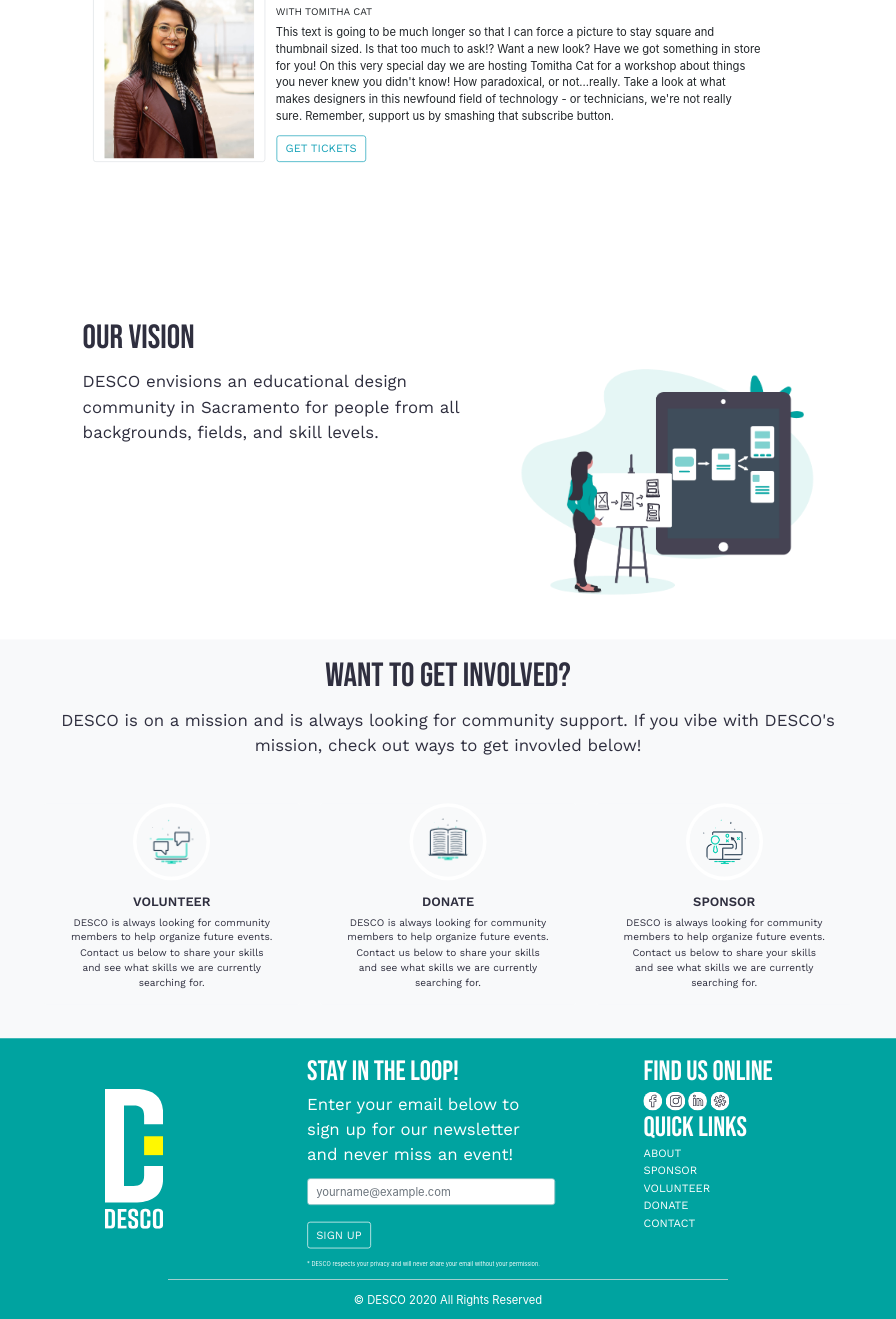
Repository: thisisdesco/thisisdesco
Page: src/noscriptHTML.html
An editor plug-in stored every save of this project. The page is shown before and after a run of saves, followed by the edit.
The browser window is 1280 px wide. The pictures show the part of the page from y = 1009 to 2929 px (the page is 2893 px tall before and 2929 px after), at 70% of full size.

Above is the page before, as saved 2020-07-13 16:10:44.
Not found: src/CSS/normalize.css
Not found: src/scripts.js

After the next 3 saves:
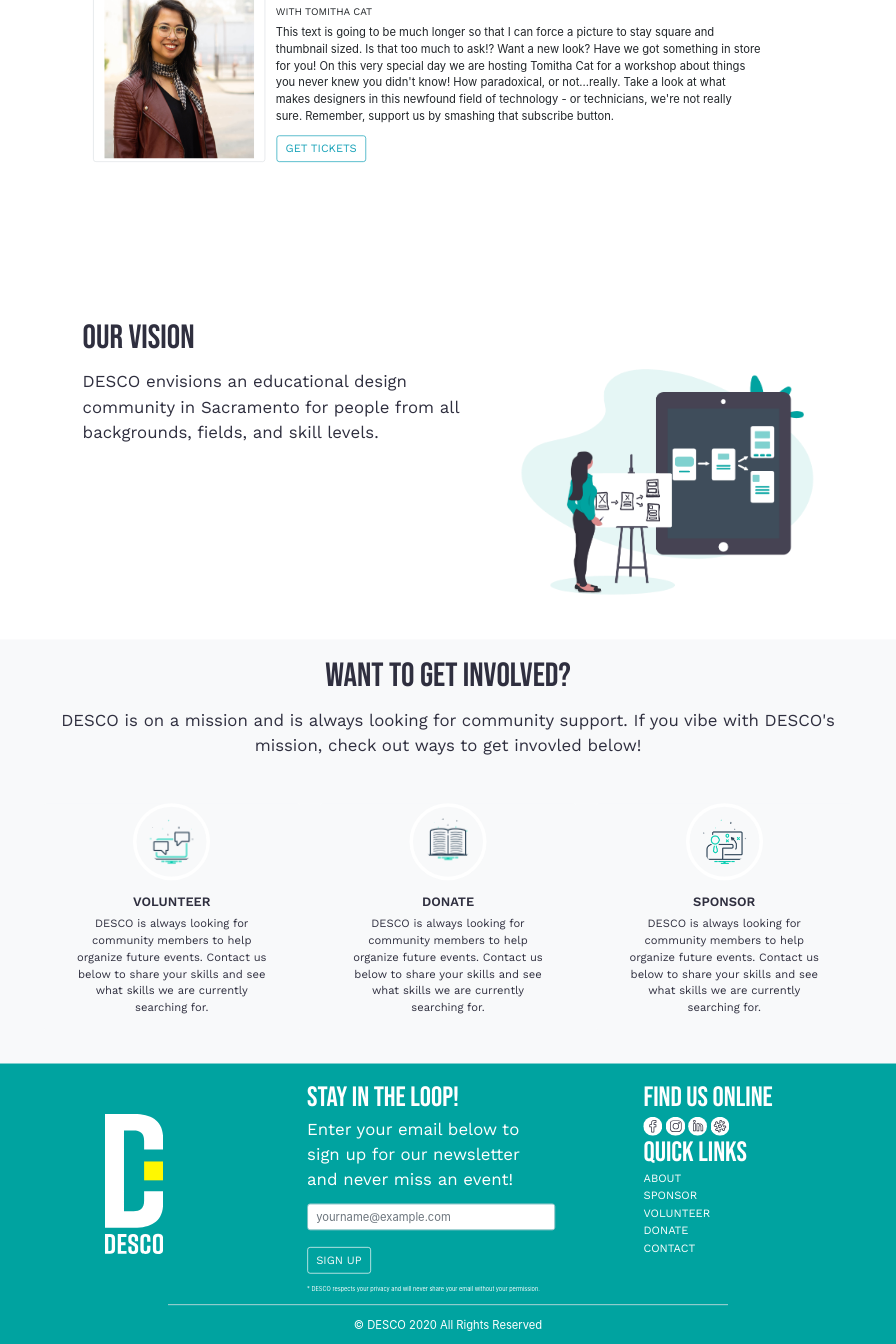
The 3 saves are shown as one change because they came seconds apart.
The last was saved 12 s later.
--- a/src/custom.css
+++ b/src/custom.css
@@ -22,6 +22,9 @@
     font-size: 3rem;
 }
 
+.card-text{
+    font-size: 1rem;
+}
 
 .text-area{
     min-height: 100px;

After the save that followed:
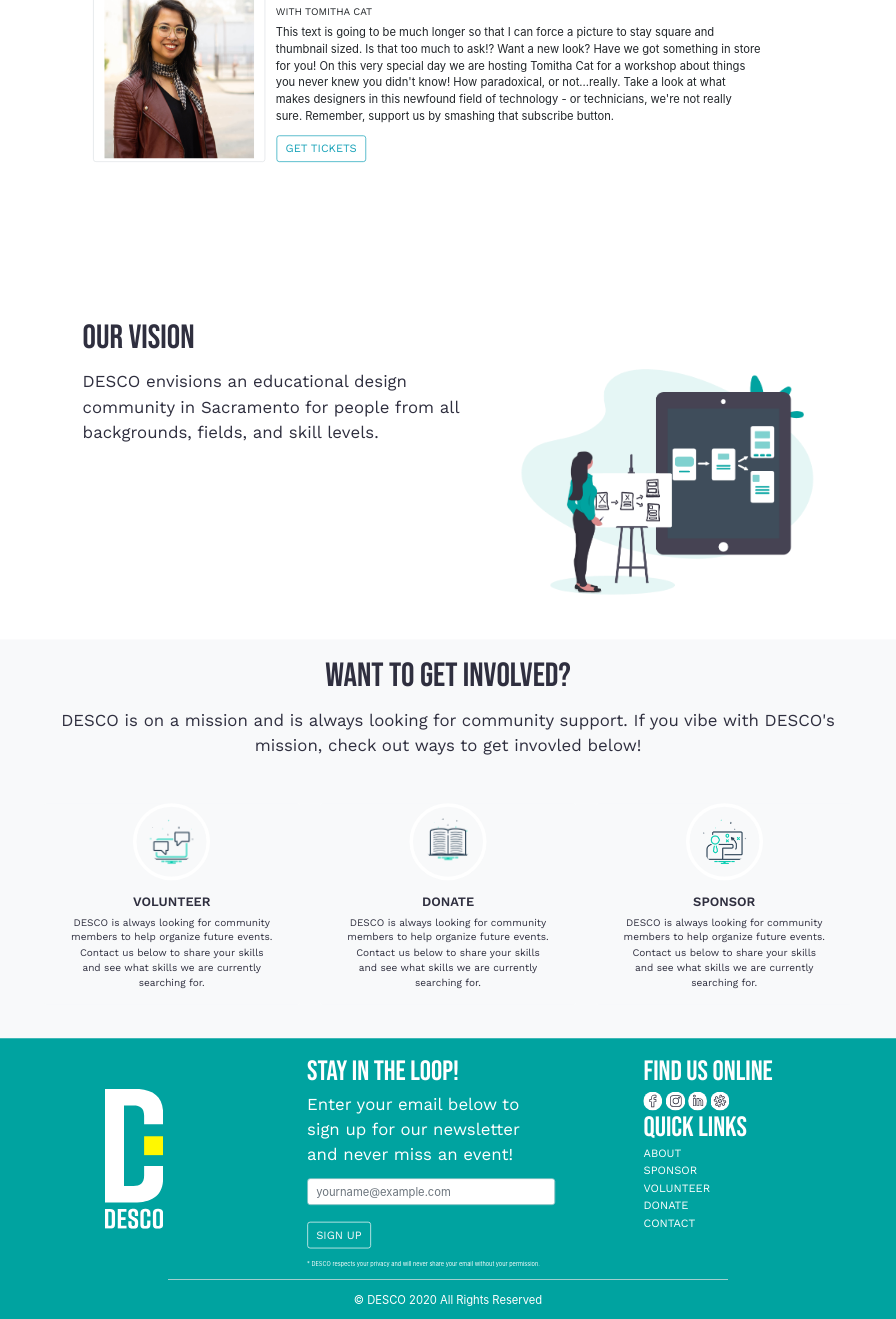
Saved 11 s later.
--- a/src/custom.css
+++ b/src/custom.css
@@ -23,7 +23,7 @@
 }
 
 .card-text{
-    font-size: 1rem;
+    font-size: rem;
 }
 
 .text-area{
